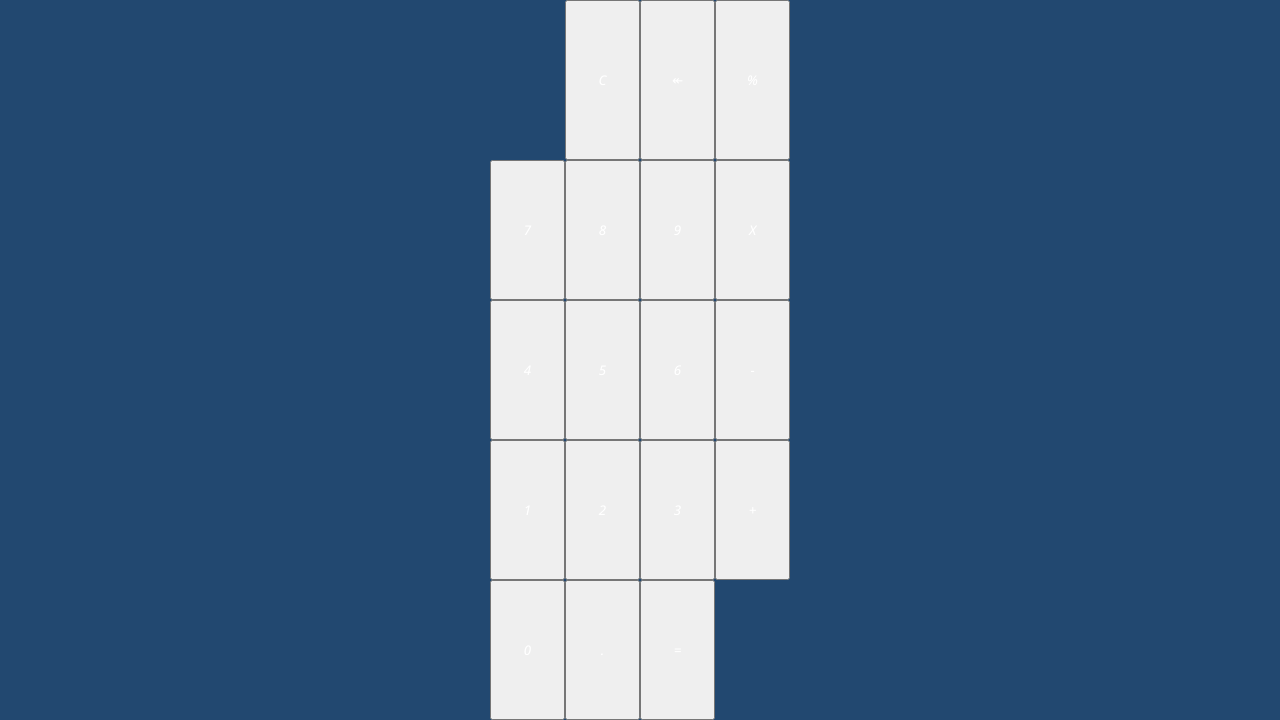
Repository: jhonenmanuel1/javaScript-calculator
Page: src/index.html
An editor plug-in stored every save of this project. The page is shown before and after the next save, followed by the edit.
The browser window is 1280 px wide. The pictures show the whole page.

Above is the page before, as saved 2022-08-02 23:09:12.

After the next save:
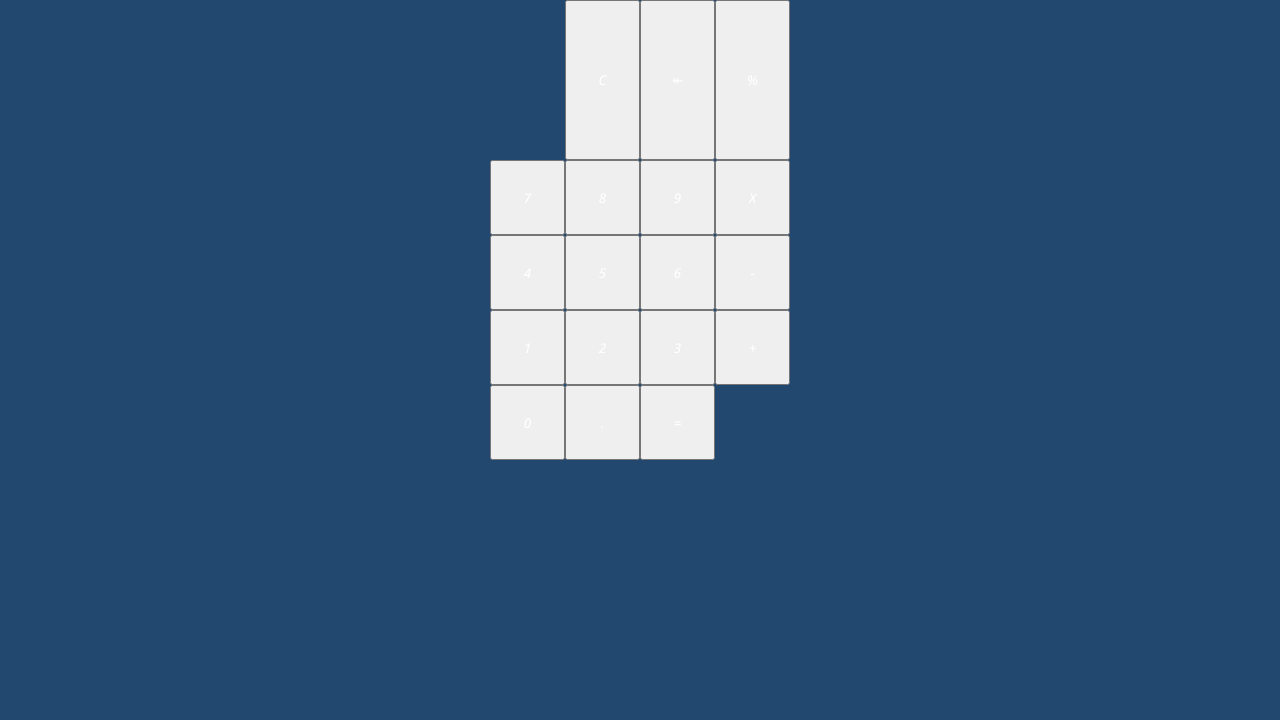
Saved 26 s later.
--- a/src/styles.css
+++ b/src/styles.css
@@ -15,6 +15,6 @@ body{
 .calculator{
     display: grid;
     grid-template-columns: repeat(4, 75px);
-    grid-template-rows: 160px;
+    grid-template-rows: 160px repeat(5, 75px);
 
 }
